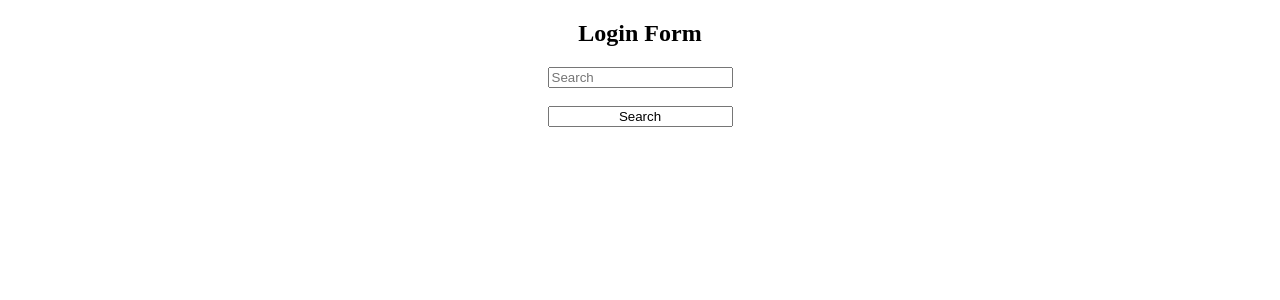
Repository: Hashim-Ansari-82/Servlet-And-JSP
Page: FirstServletDemo/src/main/webapp/search.html
The author's editor kept a copy of each file at every save. The page is drawn from the files as they stood at one save, then again after the next save.
The browser window is 1280 px wide. The pictures show the whole page.

Above is the page before, as saved 2026-06-01 20:48:25.

After the next save:
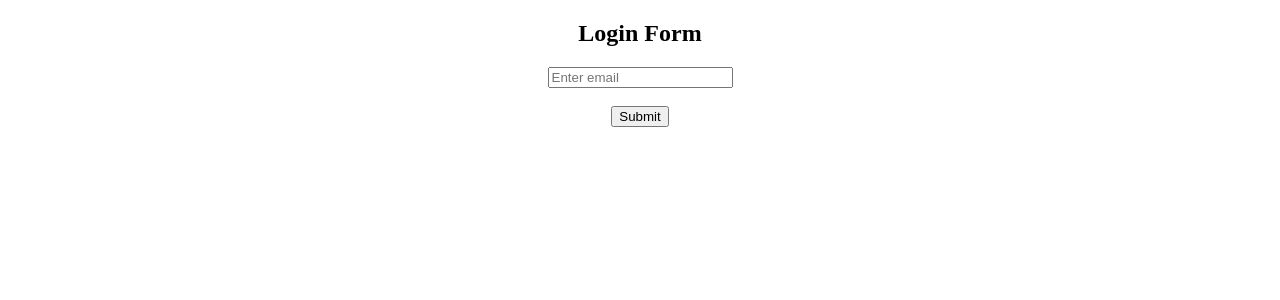
Saved 42 s later.
--- a/FirstServletDemo/src/main/webapp/search.html
+++ b/FirstServletDemo/src/main/webapp/search.html
@@ -11,11 +11,11 @@
 		<div class="card">
 			<div class="card-body">
 			<div align="center">
-					<form action="search" method="post">
+					<form action="login" method="post">
 
-							<input type="text" name="search" placeholder="Search">
-							<br><br> <input
-							style="text-align: center" value="Search">
+							<input type="text" name="email" placeholder="Enter email">
+							 <br> <br> <input type="submit"
+								style="text-align: center" value="Submit">
 					 </form>
 					 </div>
 				</div>
